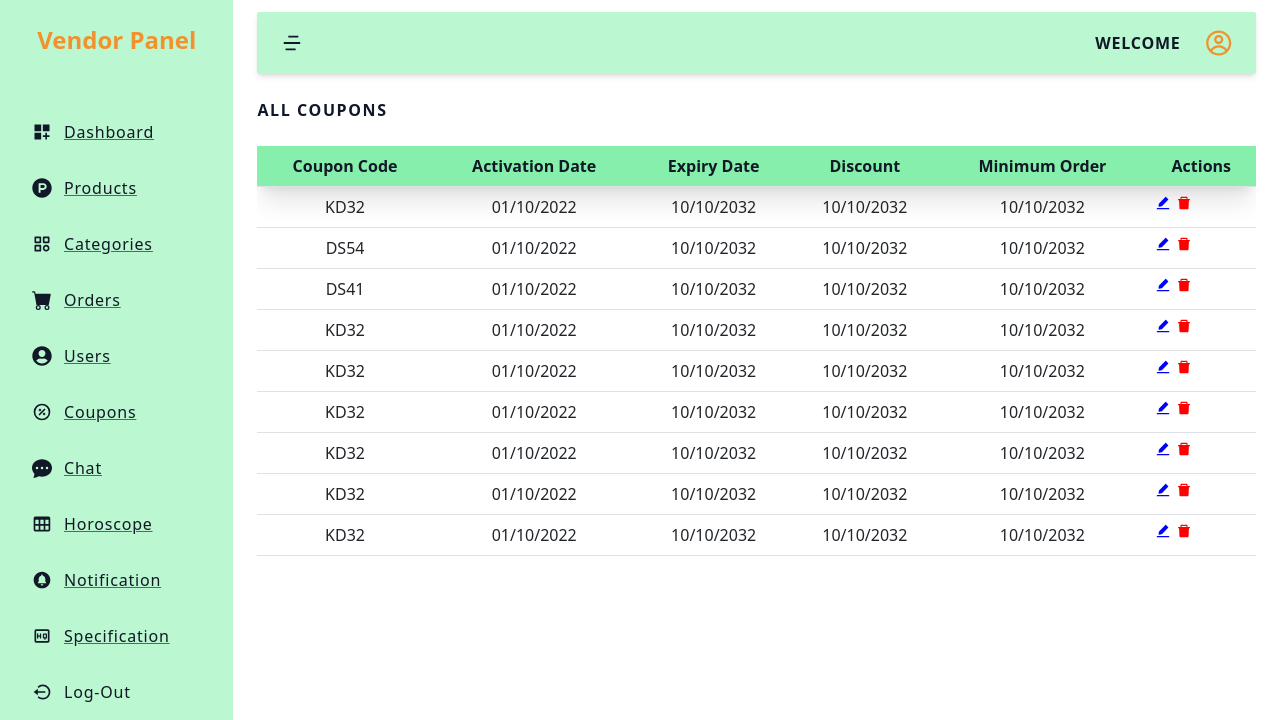
Repository: FlyweisReact/JitenderAdminPanel
Page: /discount
The author's editor kept a copy of each file at every save. The page is drawn from the files as they stood at one save, then again after a run of saves.
The browser window is 1280 px wide. The pictures show the whole page.
An inner scrolling area shows only its first screen. The project was rebuilt for these pictures with package versions that can differ from the ones it lists, and the page was loaded fresh each time. Also part of the build but not shown: src/components/forms/Login.jsx, src/components/pages/Dashboard.jsx, src/components/vendorPanel/components/layout/Navbar.jsx, src/components/vendorPanel/components/layout/Sidebar.jsx, src/components/vendorPanel/components/layout/HOC.jsx, src/components/vendorPanel/components/pages/Message/Message.js, src/components/pages/UserKundli/UserKundli.jsx, src/components/pages/reactChat/Chat.js and 18 more.

Above is the page before, as saved 2022-11-05 16:54:10.

After the next 2 saves:
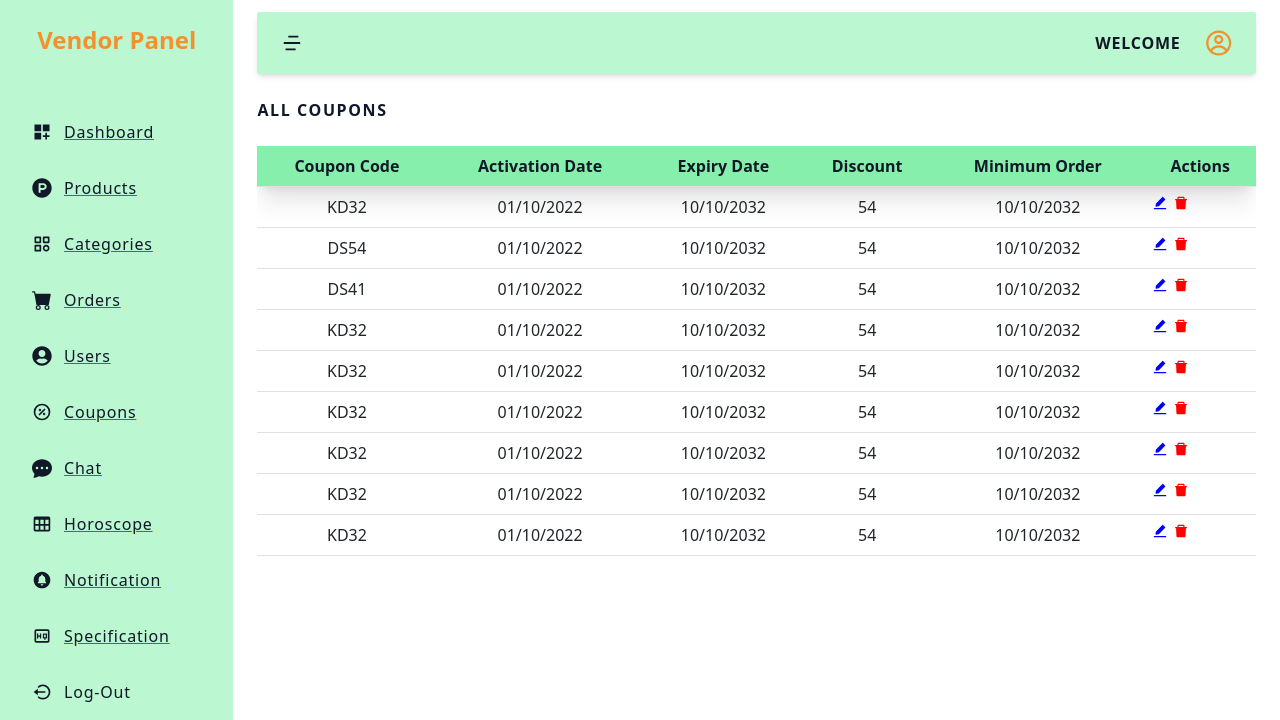
The 2 saves are shown as one change because they came seconds apart.
The last was saved 8 s later.
--- a/src/components/pages/discount/Discount.jsx
+++ b/src/components/pages/discount/Discount.jsx
@@ -170,7 +170,7 @@ const Discount = () => {
                 <td>{i.code} </td>
                 <td>{i.ActivationDate} </td>
                 <td>{i.Expirydate} </td>
-                <td>{i.Expirydate} </td>
+                <td>{i.discount} </td>
                 <td>{i.Expirydate} </td>
                   <td>
                     <span style={{ display: "flex", gap: "5px" }}>
